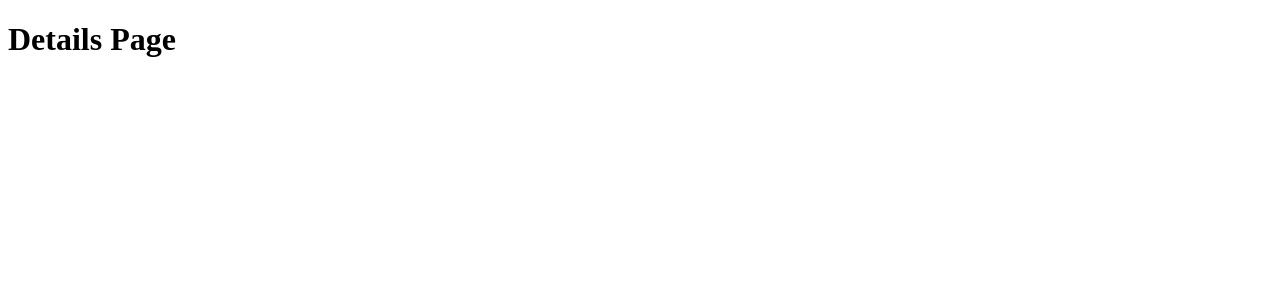
Repository: becoderpavy/servlet_tutorials
Page: 2_Creating_Servlet/src/main/webapp/details.html
The author's editor kept a copy of each file at every save. The page is drawn from the files as they stood at one save, then again after the next save.
The browser window is 1280 px wide. The pictures show the whole page.

Above is the page before, as saved 2023-06-09 15:57:20.

### 2_Creating_Servlet/src/main/webapp/details.html
<!DOCTYPE html>
<html>
<head>
<meta charset="ISO-8859-1">
<title>Insert title here</title>
</head>
<body>
	<h1>Details Page</h1>
	<br>




</body>
</html>

After the next save:
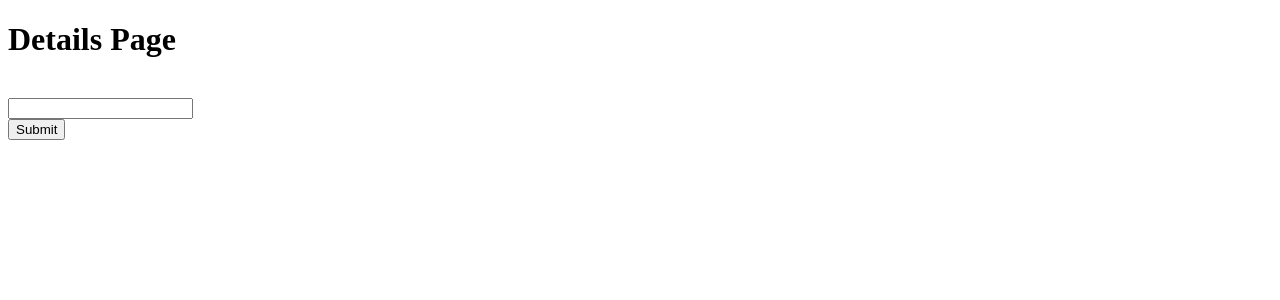
Saved 102 s later.
--- a/2_Creating_Servlet/src/main/webapp/details.html
+++ b/2_Creating_Servlet/src/main/webapp/details.html
@@ -7,7 +7,11 @@
 <body>
 	<h1>Details Page</h1>
 	<br>
+	<form>
+		<input type="text" name="username"><br>
+		<button type="submit">Submit</button>
 
+	</form>
 
 
 
